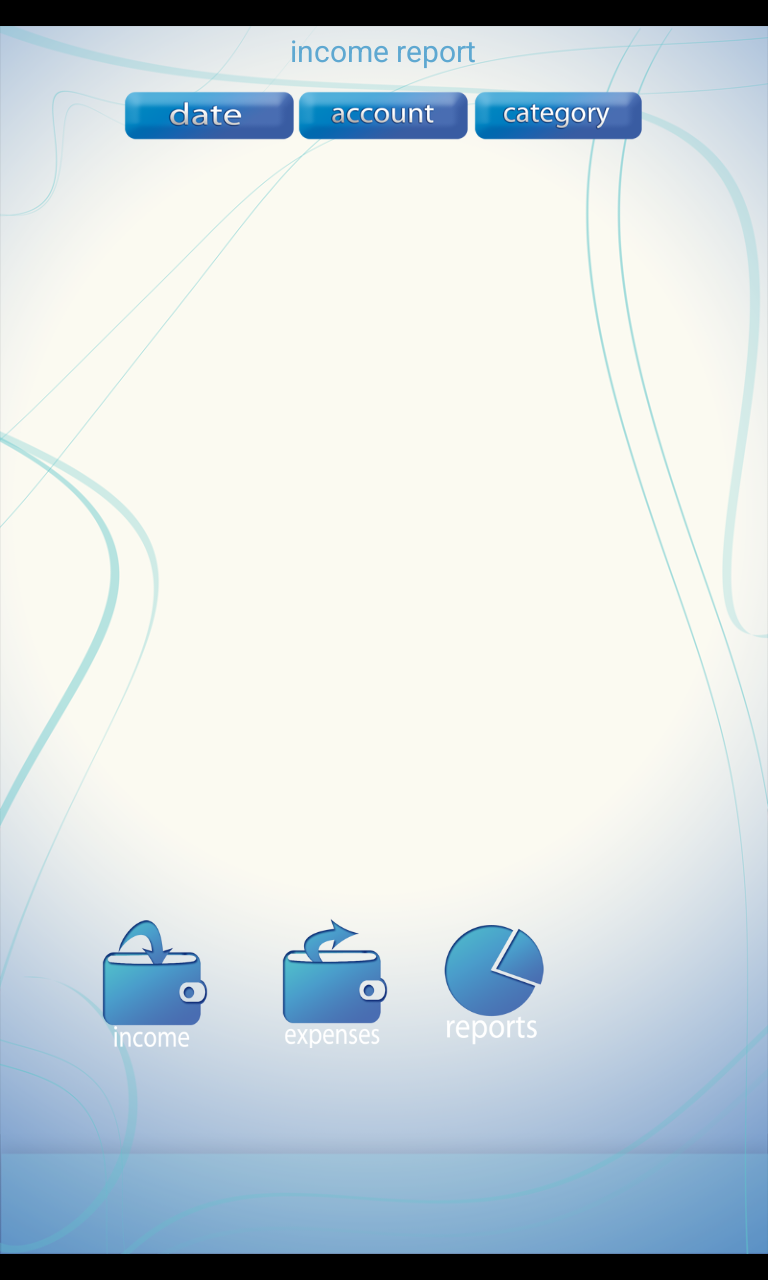
Repository: marlon-rodrigues/Nummus_Android
Layout: Nummus/res/layout/reports_screen.xml
An editor plug-in stored every save of this project. The layout is shown before and after the next save, followed by the edit.
It is drawn on a 768 x 1280 px phone screen (xhdpi) without system bars, with theme AppTheme; the app's code is not run. Lists and similar views that code fills are empty.

Above is the layout before, as saved 2012-08-21 15:52:35.

After the next save:
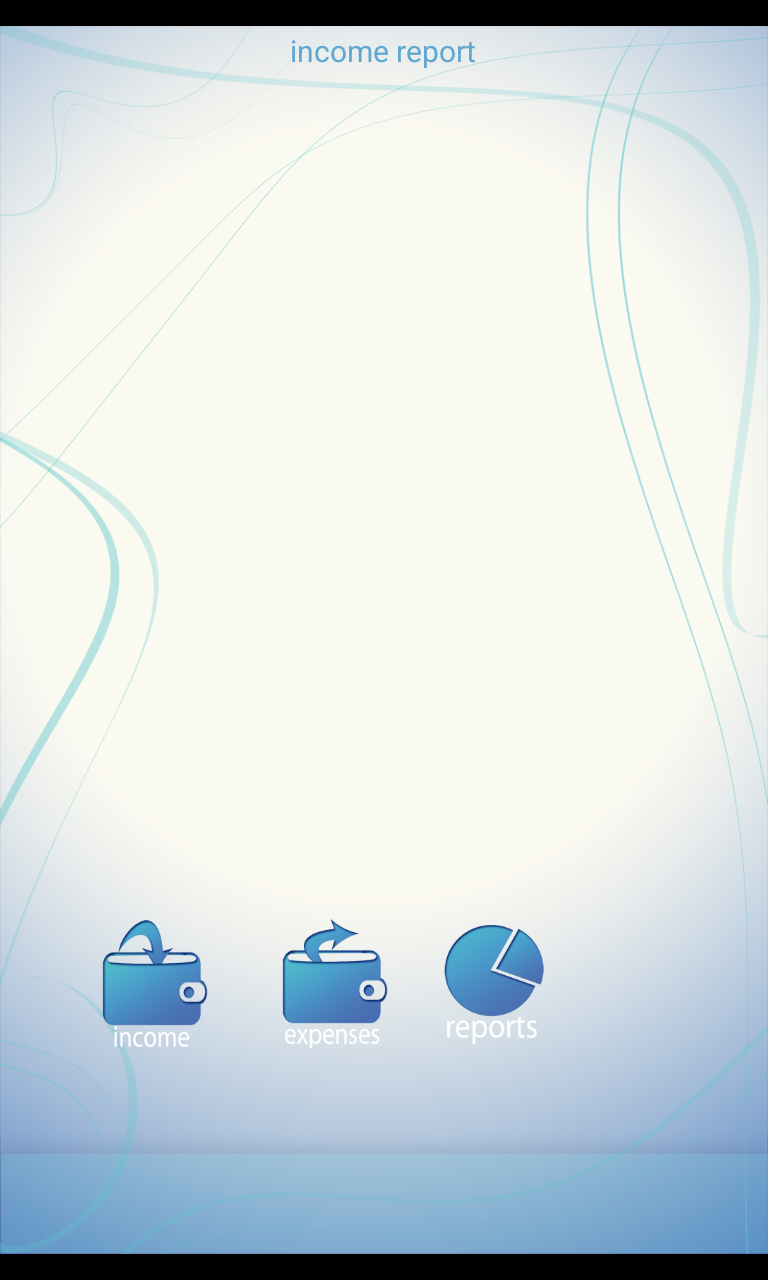
Saved 68 s later.
--- a/Nummus/res/layout/reports_screen.xml
+++ b/Nummus/res/layout/reports_screen.xml
@@ -359,7 +359,7 @@
 	    android:layout_height="400dp"
 	    android:layout_below="@+id/titelReportScreen"
 	    android:layout_centerHorizontal="true"
-	    android:visibility="visible"
+	    android:visibility="invisible"
 	    android:layout_marginTop="5dp">
 
 		<Button
@@ -649,7 +649,14 @@
 	</RelativeLayout>
 
 <!--********************************Report***********************************-->
-
+	<RelativeLayout
+	    android:id="@+id/reportSubViewReportScreen"
+	    android:layout_width="260dp"
+	    android:layout_height="400dp"
+	    android:layout_below="@+id/titelReportScreen"
+	    android:layout_centerHorizontal="true"
+	    android:visibility="visible"
+	    android:layout_marginTop="5dp">
 
 
 
